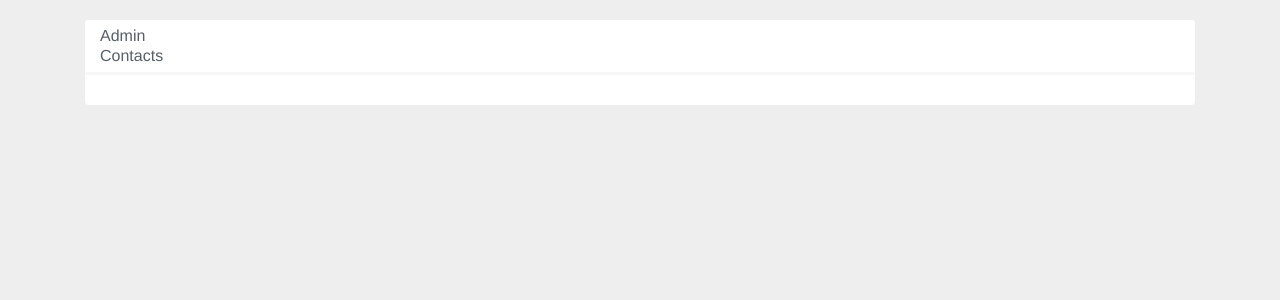
Repository: Tanmay-Kayande/Myportfolio
Page: http://localhost/myproject/read-message.jsp
These files come from the project's save history. The page is drawn as it stood at one moment and after the next save; the edit follows.
The browser window is 1280 px wide. The pictures show the whole page.
Some web libraries are served in a nearby version. The page is served by Tomcat 9. The session is filled in as if someone had signed in: {"login": "exist"}.

Above is the page before, as saved 2024-02-13 13:32:28.

After the next save:
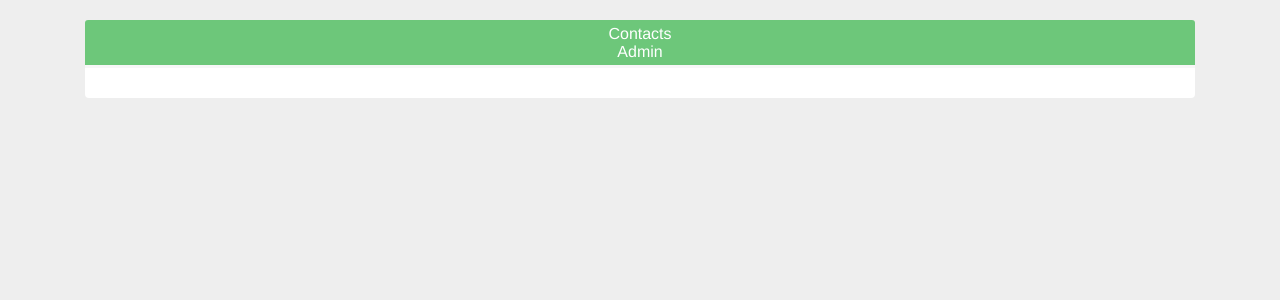
Saved 5 s later.
--- a/myproject/src/main/webapp/read-message.jsp
+++ b/myproject/src/main/webapp/read-message.jsp
@@ -1,4 +1,3 @@
-
 <%@page import="com.pojo.MessagePojo"%>
 <%@page import="com.dao.MessageDao"%>
 <%
@@ -20,9 +19,7 @@ if (value == null) {
 
 <title>contacts card - Bootdey.com</title>
 <meta name="viewport" content="width=device-width, initial-scale=1">
-<link
-	href="https://netdna.bootstrapcdn.com/bootstrap/3.3.2/css/bootstrap.min.css"
-	rel="stylesheet">
+<link href="https://netdna.bootstrapcdn.com/bootstrap/3.3.2/css/bootstrap.min.css" rel="stylesheet">
 <style type="text/css">
 body {
 	margin-top: 20px;
@@ -35,9 +32,10 @@ body {
 	box-shadow: none;
 }
 
-.profile .panel-heading {
-	color: #585f69;
-	background: #fff;
+/* Modified panel-heading class */
+.panel-heading {
+	color: #fff;
+	background: #6dc77a; /* Green background color */
 	padding: 7px 15px;
 	border-bottom: solid 3px #f7f7f7;
 }
@@ -115,9 +113,7 @@ body {
 	margin-right: 5px;
 }
 </style>
-<link
-	href="//maxcdn.bootstrapcdn.com/font-awesome/4.3.0/css/font-awesome.min.css"
-	rel="stylesheet">
+<link href="//maxcdn.bootstrapcdn.com/font-awesome/4.3.0/css/font-awesome.min.css" rel="stylesheet">
 </head>
 <body>
 	<div class="container profile">
@@ -125,13 +121,14 @@ body {
 			<div class="panel panel-profile">
 				<div class="panel-heading overflow-h">
 					<%@include file= "message.jsp" %>
-					<h2 class="panel-title heading-sm pull-left">
-						<i></i><a href="admin.jsp">Admin</a>
-					</h2><br>
-					<h2 class="panel-title heading-sm pull-left">
-						<i></i>Contacts
-					</h2>
-
+					<div class="text-center"> <!-- Center-aligning "Contacts" -->
+						<h2 class="panel-title heading-sm">
+							<i></i>Contacts
+						</h2>
+						<h2 class="panel-title heading-sm">
+							<i></i><a href="admin.jsp">Admin</a> <!-- Moved "Admin" link below "Contacts" -->
+						</h2>
+					</div>
 				</div>
 				<div class="panel-body">
 					<div class="row">
@@ -181,7 +178,7 @@ body {
 								<form action="Message" method="post" onsubmit="return ensure()">
 									<input type="hidden" name="check" value="delete">
 									<input type="hidden" name="sn" value="<%=m.getSn() %>">
-									<button>delete</button>
+									<button class="btn btn-danger btn-xs" type="submit">Delete</button>
 								</form>
 							</div>
 							<i class="fa-sharp fa-regular fa-calendar-days"></i>
@@ -198,10 +195,4 @@ body {
 		</div>
 	</div>
 	<script src="https://code.jquery.com/jquery-1.10.2.min.js"></script>
-	<script
-		src="https://netdna.bootstrapcdn.com/bootstrap/3.3.2/js/bootstrap.min.js"></script>
-	<script type="text/javascript">
-
-	</script>
-</body>
-</html>
+	<script src="https://netdna.bootstrapcdn.com/bootstrap/3.3.2/js/bootstrap.min.js"></script>
